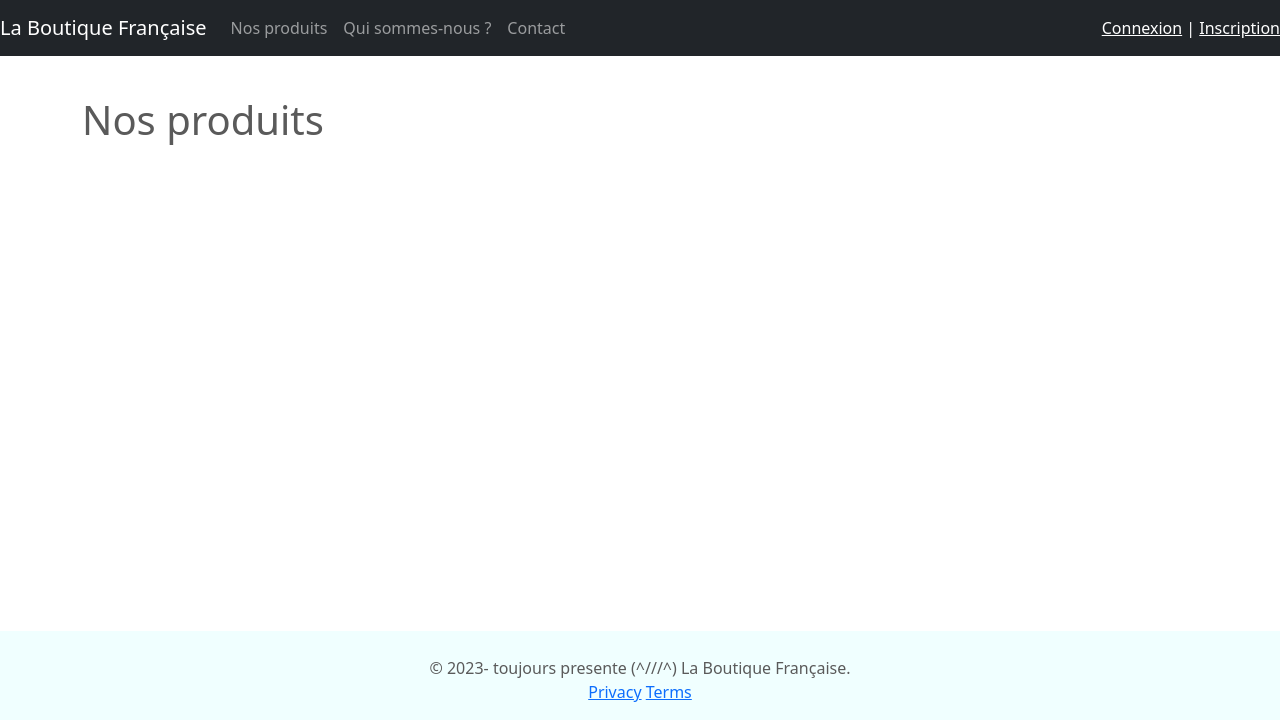
Repository: Coulibaly00180/laboutiquefrancaise
Page: templates/product/index.html.twig
The author's editor kept a copy of each file at every save. The page is drawn from the files as they stood at one save, then again after the next save.
The browser window is 1280 px wide. The pictures show the whole page.
The page is a Twig template of a Symfony application; nobody is signed in and links lead nowhere. The template is opened directly, without the code that normally fills it, so the values that code supplies are empty.

Above is the page before, as saved 2023-03-05 14:30:17.

### templates/product/index.html.twig
{% extends 'base.html.twig' %}

{% block title %}Nos produits - La Boutique Française{% endblock %}

{% block content %}
    <h1>Nos produits</h1>

    <div class="row">
        {% for product in products %}
            <div class="col-md-4">
                <div class="product-item text-center">
                    <img src="/uploads/{{ product.illustration }}" alt="{{ product.name }}" class="img-fluid">
                    <h5>{{ product.name }}</h5>
                    <span class="product-subtitle">{{ product.subtitle }}</span> <br>
                    <span class="product-price">{{ product.price }}</span>
                </div>
            </div>
        {% endfor %}
    </div>

{% endblock %}

### templates/base.html.twig
<!doctype html>
<html lang="fr">
<head>
    <meta charset="utf-8">
    <meta name="viewport" content="width=device-width, initial-scale=1, shrink-to-fit=no">
    <meta name="description" content="">
    <meta name="author" content="Coulibaly Abdoulaye Christian">
    <meta name="generator" content="Jekyll v4.1.1">
    <title>{% block title %}La Boutique Française - 100% Made in French{% endblock %}</title>

    <!-- Bootstrap core CSS -->
    <link href="{{ asset('assets/css/bootstrap.min.css') }}" rel="stylesheet">
    <link href="{{ asset('assets/css/style.css') }}" rel="stylesheet">

    <style>
        .bd-placeholder-img {
            font-size: 1.125rem;
            text-anchor: middle;
            -webkit-user-select: none;
            -moz-user-select: none;
            -ms-user-select: none;
            user-select: none;
        }

        @media (min-width: 768px) {
            .bd-placeholder-img-lg {
                font-size: 3.5rem;
            }
        }
    </style>
    <!-- Custom styles for this template -->
    <link href="{{ asset('assets/css/carousel.css') }}" rel="stylesheet">
</head>
<body>
    <header>
        <nav class="navbar navbar-expand-md navbar-dark fixed-top bg-dark">
            <a class="navbar-brand" href="{{path('app_home') }}">La Boutique Française</a>
            <button class="navbar-toggler" type="button" data-toggle="collapse" data-target="#navbarCollapse" aria-controls="navbarCollapse" aria-expanded="false" aria-label="Toggle navigation">
                <span class="navbar-toggler-icon"></span>
            </button>
            <div class="collapse navbar-collapse" id="navbarCollapse">
                <ul class="navbar-nav me-auto mb-2 mb-md-0">
                    <li class="nav-item active">
                        <a class="nav-link" href="{{path('app_products') }}">Nos produits</a>
                    </li>
                    <li class="nav-item">
                        <a class="nav-link" href="#">Qui sommes-nous ?</a>
                    </li>
                    <li class="nav-item">
                        <a class="nav-link" href="#">Contact</a>
                    </li>

                </ul>

                <div class="navbar-item-custom">
                    {% if app.user %}
                        <a href=" {{path('app_account') }}">Mon compte <small>( {{app.user.lastName}} )</small></a> | <a href=" {{ path('app_logout') }}">Déconnexion</a>
                    {% else %}
                        <a href=" {{ path('app_login') }}">Connexion</a> | <a href="{{ path('app_register') }}">Inscription</a>
                    {% endif %}
                </div>

            </div>
        </nav>
    </header>

    <main role="main">

        {% if block('carousel') is defined %}

        <div id="myCarousel" class="carousel slide" data-ride="carousel">
            <ol class="carousel-indicators">
                <li data-target="#myCarousel" data-slide-to="0" class="active"></li>
                <li data-target="#myCarousel" data-slide-to="1"></li>
                <li data-target="#myCarousel" data-slide-to="2"></li>
            </ol>
            <div class="carousel-inner">
                <div class="carousel-item active">
                    <svg class="bd-placeholder-img" width="100%" height="100%" xmlns="http://www.w3.org/2000/svg" preserveAspectRatio="xMidYMid slice" focusable="false" role="img"><rect width="100%" height="100%" fill="#777"/></svg>
                    <div class="container">
                        <div class="carousel-caption text-left">
                            <h1>Example headline.</h1>
                            <p>Cras justo odio, dapibus ac facilisis in, egestas eget quam. Donec id elit non mi porta gravida at eget metus. Nullam id dolor id nibh ultricies vehicula ut id elit.</p>
                            <p><a class="btn btn-lg btn-primary" href="#" role="button">Sign up today</a></p>
                        </div>
                    </div>
                </div>
                <div class="carousel-item">
                    <svg class="bd-placeholder-img" width="100%" height="100%" xmlns="http://www.w3.org/2000/svg" preserveAspectRatio="xMidYMid slice" focusable="false" role="img"><rect width="100%" height="100%" fill="#777"/></svg>
                    <div class="container">
                        <div class="carousel-caption">
                            <h1>Another example headline.</h1>
                            <p>Cras justo odio, dapibus ac facilisis in, egestas eget quam. Donec id elit non mi porta gravida at eget metus. Nullam id dolor id nibh ultricies vehicula ut id elit.</p>
                            <p><a class="btn btn-lg btn-primary" href="#" role="button">Learn more</a></p>
                        </div>
                    </div>
                </div>
                <div class="carousel-item">
                    <svg class="bd-placeholder-img" width="100%" height="100%" xmlns="http://www.w3.org/2000/svg" preserveAspectRatio="xMidYMid slice" focusable="false" role="img"><rect width="100%" height="100%" fill="#777"/></svg>
                    <div class="container">
                        <div class="carousel-caption text-right">
                            <h1>One more for good measure.</h1>
                            <p>Cras justo odio, dapibus ac facilisis in, egestas eget quam. Donec id elit non mi porta gravida at eget metus. Nullam id dolor id nibh ultricies vehicula ut id elit.</p>
                            <p><a class="btn btn-lg btn-primary" href="#" role="button">Browse gallery</a></p>
                        </div>
                    </div>
                </div>
            </div>
            <a class="carousel-control-prev" href="#myCarousel" role="button" data-slide="prev">
                <span class="carousel-control-prev-icon" aria-hidden="true"></span>
                <span class="sr-only">Previous</span>
            </a>
            <a class="carousel-control-next" href="#myCarousel" role="button" data-slide="next">
                <span class="carousel-control-next-icon" aria-hidden="true"></span>
                <span class="sr-only">Next</span>
            </a>
        </div>

        {% endif %}


        <!-- Marketing messaging and featurettes
        ================================================== -->
        <!-- Wrap the rest of the page in another container to center all the content. -->

        <div class="container marketing {% if block('carousel') is not defined %} mt-5 {% endif %}">

            {% block content %}
                <link href="{{ asset('assets/css/style.css') }}" rel="stylesheet">
            {% endblock %}

        </div><!-- /.container -->

        <!-- FOOTER -->
        <footer class="footer-custom">
            <p>&copy; 2023- toujours presente (^///^) La Boutique Française. <br>
                <a href="#">Privacy</a> <a href="#">Terms</a>
            </p>
        </footer>
    </main>
    <script src="https://code.jquery.com/jquery-3.5.1.slim.min.js"></script>
    <script src="{{ asset('assets/js/bootstrap.bundle.js') }}"></script>
</body>
</html>

### public/assets/css/style.css
.navbar-item-custom, .navbar-item-custom a{
    color: #fff;
}

.footer-custom{
    text-align: center;
    position: fixed;
    bottom: 0;
    width: 100%;
    background-color: azure;
    padding-top: 25px;
}

.product-item {
    margin-top: 15px;
}

.product-item h5{
    text-transform: uppercase;
    font-size: 18px;
    margin-bottom: 1px;
}

.product-item .product-subtitle{
    font-size: 14px;
    display: block;
    margin-bottom: 10px;
}

.product-item .product-price{
    font-size: 14px;
    font-weight: bold;
    color: red;
}

### public/assets/css/carousel.css
/* GLOBAL STYLES
-------------------------------------------------- */
/* Padding below the footer and lighter body text */

body {
    padding-top: 3rem;
    padding-bottom: 3rem;
    color: #5a5a5a;
}


/* CUSTOMIZE THE CAROUSEL
-------------------------------------------------- */

/* Carousel base class */
.carousel {
    margin-bottom: 4rem;
}
/* Since positioning the image, we need to help out the caption */
.carousel-caption {
    bottom: 3rem;
    z-index: 10;
}

/* Declare heights because of positioning of img element */
.carousel-item {
    height: 32rem;
}
.carousel-item > img {
    position: absolute;
    top: 0;
    left: 0;
    min-width: 100%;
    height: 32rem;
}


/* MARKETING CONTENT
-------------------------------------------------- */

/* Center align the text within the three columns below the carousel */
.marketing .col-lg-4 {
    margin-bottom: 1.5rem;
    text-align: center;
}
.marketing h2 {
    font-weight: 400;
}
.marketing .col-lg-4 p {
    margin-right: .75rem;
    margin-left: .75rem;
}


/* Featurettes
------------------------- */

.featurette-divider {
    margin: 5rem 0; /* Space out the Bootstrap <hr> more */
}

/* Thin out the marketing headings */
.featurette-heading {
    font-weight: 300;
    line-height: 1;
    letter-spacing: -.05rem;
}


/* RESPONSIVE CSS
-------------------------------------------------- */

@media (min-width: 40em) {
    /* Bump up size of carousel content */
    .carousel-caption p {
        margin-bottom: 1.25rem;
        font-size: 1.25rem;
        line-height: 1.4;
    }

    .featurette-heading {
        font-size: 50px;
    }
}

@media (min-width: 62em) {
    .featurette-heading {
        margin-top: 7rem;
    }
}

Loaded but not shown: public/assets/css/bootstrap.min.css (library); public/assets/js/bootstrap.bundle.js (library)

After the next save:
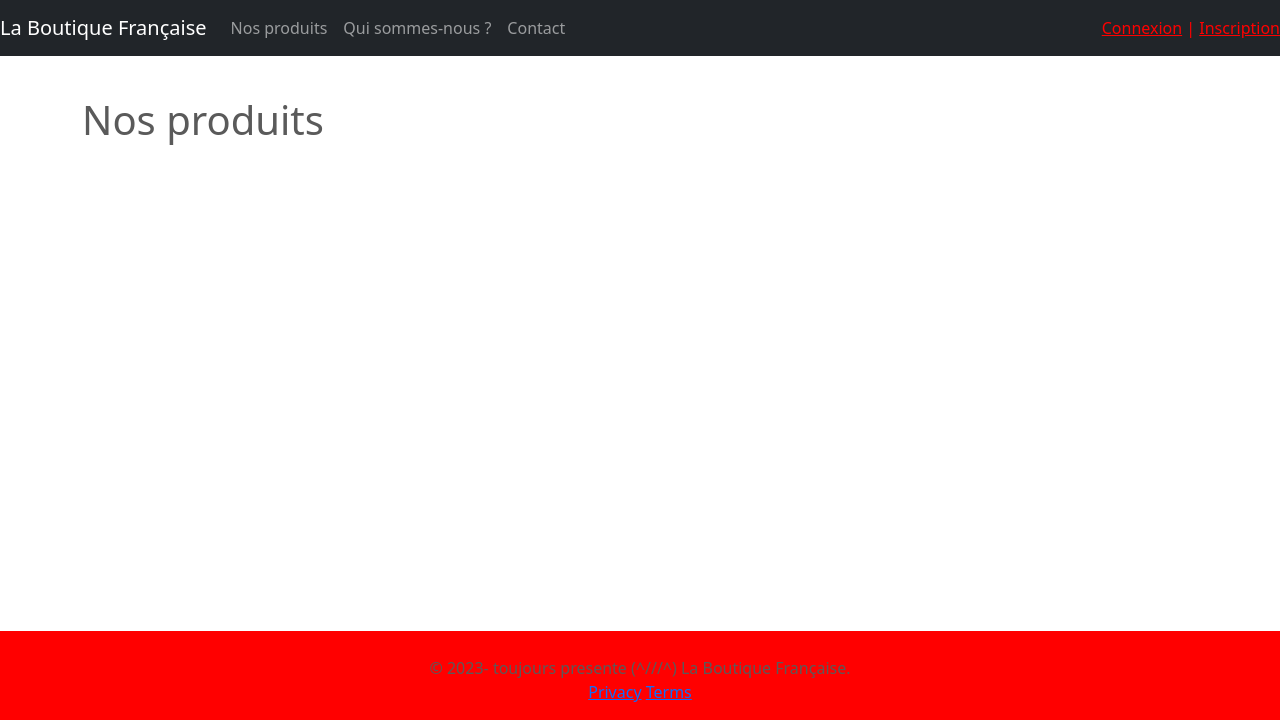
Saved 24 s later.
--- a/public/assets/css/style.css
+++ b/public/assets/css/style.css
@@ -1,5 +1,5 @@
 .navbar-item-custom, .navbar-item-custom a{
-    color: #fff;
+    color: red;
 }
 
 .footer-custom{
@@ -7,7 +7,7 @@
     position: fixed;
     bottom: 0;
     width: 100%;
-    background-color: azure;
+    background-color: red;
     padding-top: 25px;
 }
 

After the save that followed:
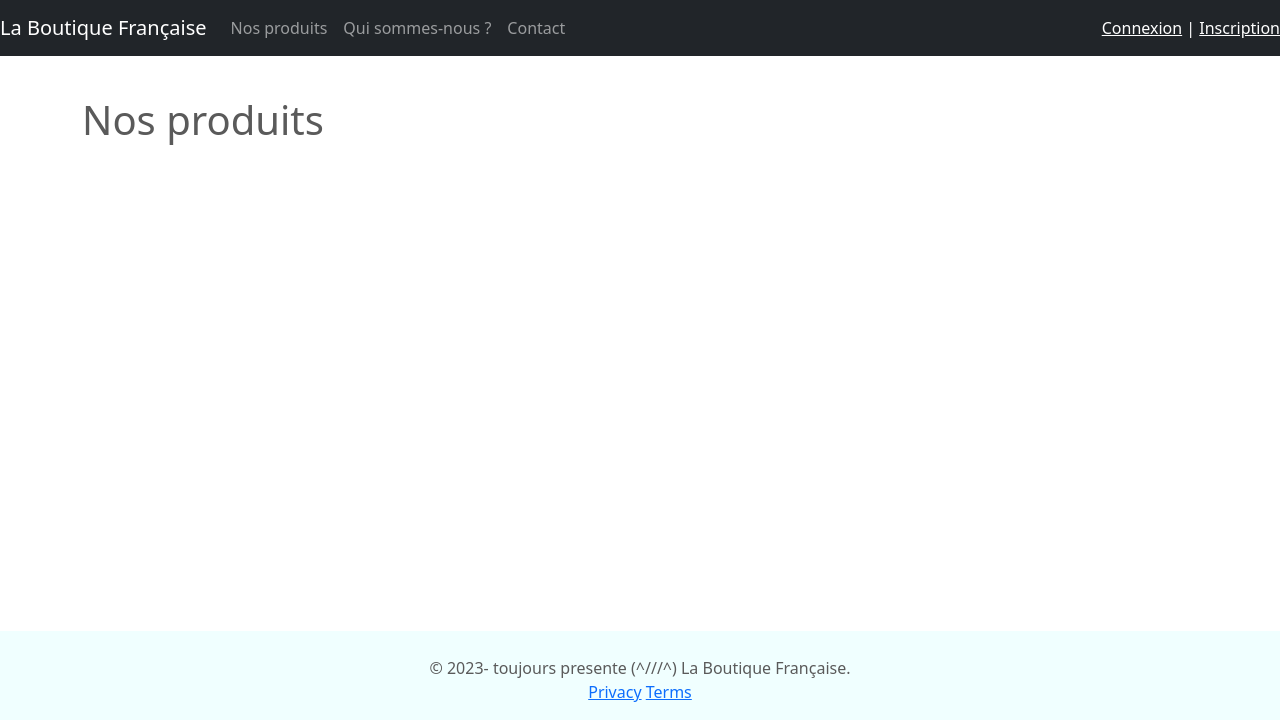
Saved 15 s later.
--- a/public/assets/css/style.css
+++ b/public/assets/css/style.css
@@ -1,5 +1,5 @@
 .navbar-item-custom, .navbar-item-custom a{
-    color: red;
+    color: #fff;
 }
 
 .footer-custom{
@@ -7,7 +7,7 @@
     position: fixed;
     bottom: 0;
     width: 100%;
-    background-color: red;
+    background-color: azure;
     padding-top: 25px;
 }
 
